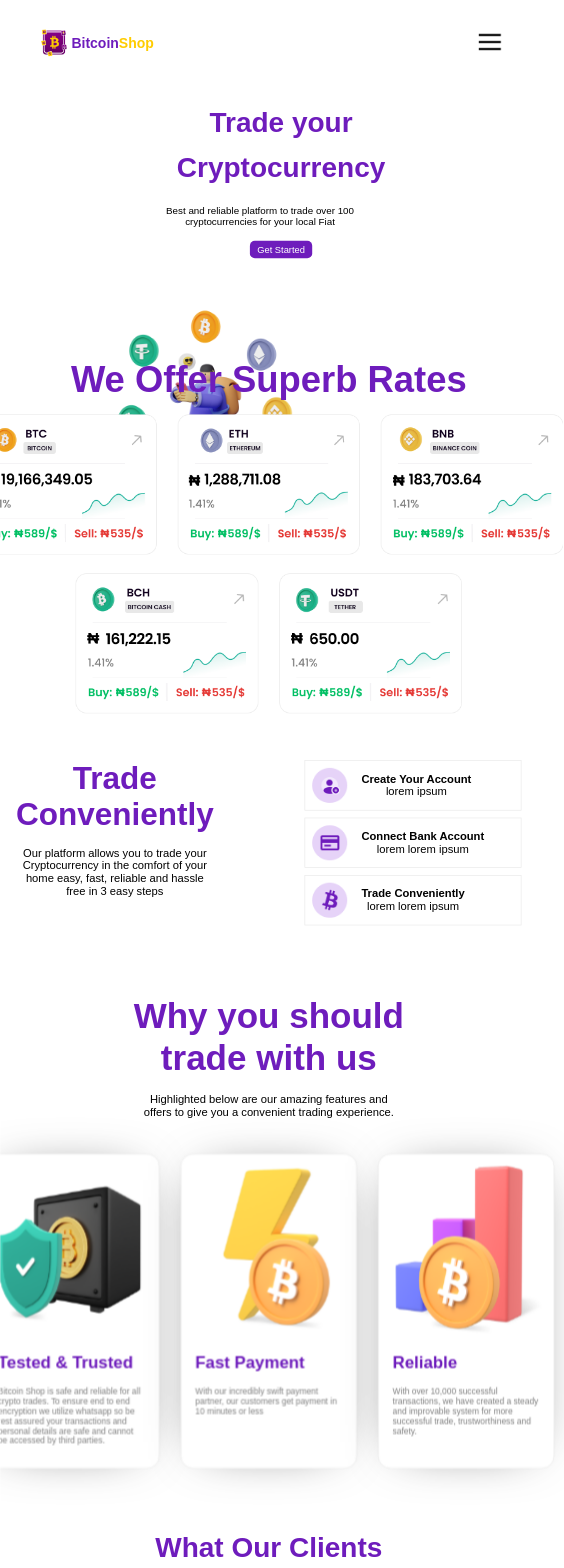
Repository: akinmiday/bitcoinshop-website
Page: /
These files come from the project's save history. The page is drawn as it stood at one moment and after the next save; the edit follows.
The browser window is 768 px wide. The page is 805 px wide, so the pictures cover 805 px, including what lies to the right of the window. The pictures show the part of the page from y = 0 to 2240 px (the page is 3084 px tall), at 70% of full size.
The project was rebuilt for these pictures with package versions that can differ from the ones it lists, and the page was loaded fresh each time. Also part of the build but not shown: vite.config.js.

Above is the page before, as saved 2023-07-12 06:14:35.

After the next save:
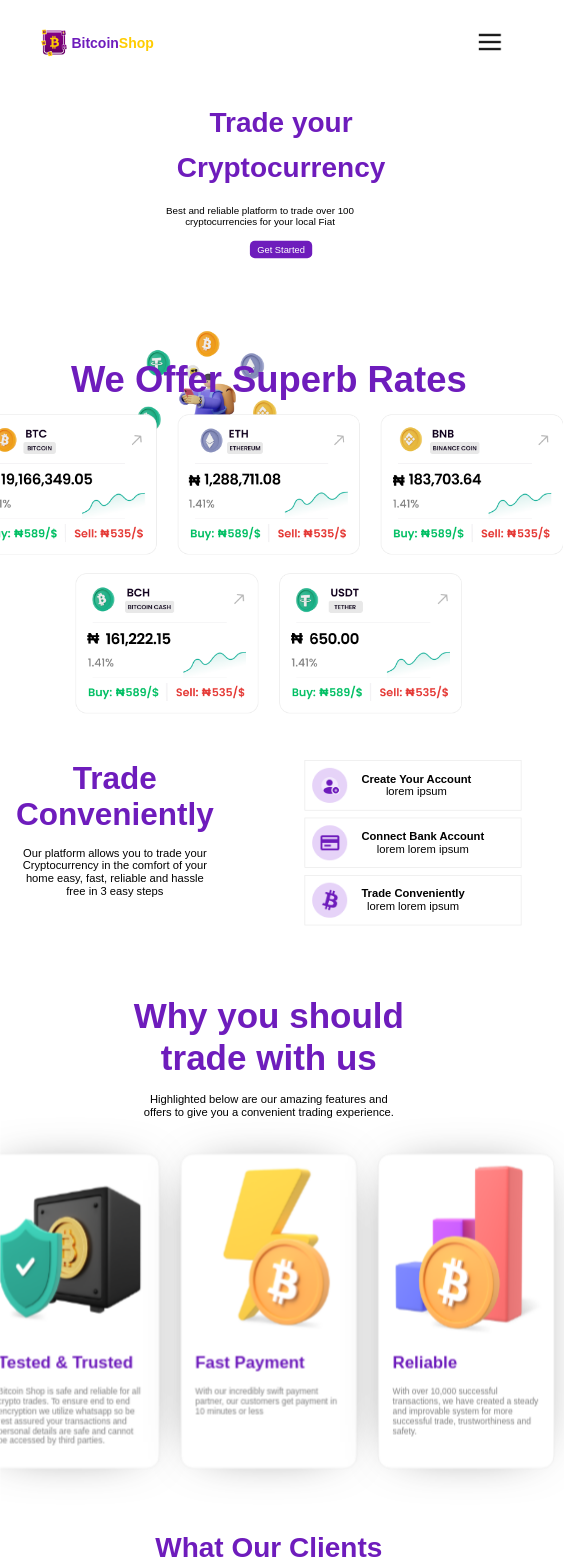
Saved 16 s later.
--- a/src/index.css
+++ b/src/index.css
@@ -429,9 +429,8 @@
 
 .grouped-img-icons >img{
   display: flex;
-  justify-content: center;
-  align-items: center;
-}
-
-
-}
+ padding: 30px;
+}
+
+
+}
